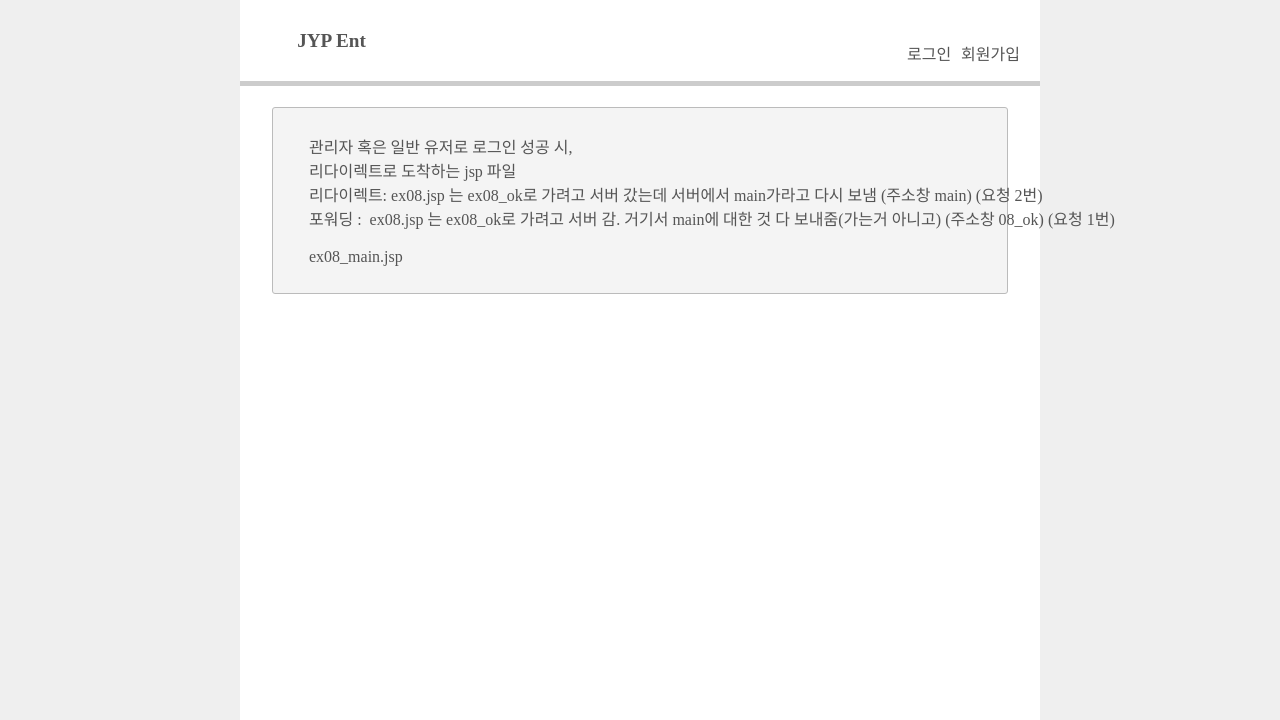
Repository: junyong231/JSP-SSIT
Page: http://localhost/jspPro/days03/ex08_main.jsp
An editor plug-in stored every save of this project. The page is shown before and after the next save, followed by the edit.
The browser window is 1280 px wide. The pictures show the whole page.
Some web fonts or font styles are not loaded; a fallback is used. The page is served by Tomcat 9. Other server files are loaded and not shown.

Above is the page before, as saved 2024-10-17 07:16:39.

### jspPro/src/main/webapp/days03/ex08_main.jsp
<%@ page contentType="text/html; charset=UTF-8" pageEncoding="UTF-8"%>
<!DOCTYPE html>
<html>
<head>
<meta charset="UTF-8">
<title>Insert title here</title>
<link rel="shortcut icon" type="image/x-icon" href="http://localhost/jspPro/images/SiSt.ico">
<script src="https://ajax.googleapis.com/ajax/libs/jquery/3.7.1/jquery.min.js"></script>
<meta name="viewport" content="width=device-width, initial-scale=1.0">
<meta name="google" content="notranslate">
<link rel="stylesheet" href="http://localhost/jspPro/resources/cdn-main/example.css">
<script src="http://localhost/jspPro/resources/cdn-main/example.js"></script>
<style>
 span.material-symbols-outlined{
    vertical-align: text-bottom;
 }
</style>
</head>
<body>
<header>
  <h1 class="main"><a href="#" style="position: absolute;top:30px;">JYP Ent</a></h1>
  <ul>
    <li><a href="#">로그인</a></li>
    <li><a href="#">회원가입</a></li>
  </ul>
</header>
<div>
  <xmp class="code">
     관리자 혹은 일반 유저로 로그인 성공 시,
     리다이렉트로 도착하는 jsp 파일
     리다이렉트: ex08.jsp 는 ex08_ok로 가려고 서버 갔는데 서버에서 main가라고 다시 보냄 (주소창 main) (요청 2번)
     포워딩 :  ex08.jsp 는 ex08_ok로 가려고 서버 감. 거기서 main에 대한 것 다 보내줌(가는거 아니고) (주소창 08_ok) (요청 1번)

     ex08_main.jsp
  </xmp>
</div>
</body>
</html>

### jspPro/src/main/webapp/resources/cdn-main/example.css
@charset "UTF-8";

@import url('https://fonts.googleapis.com/css2?family=Material+Symbols+Outlined:opsz,wght,FILL,GRAD@20..48,100..700,0..1,-50..200');

@font-face {
    font-family: 'GmarketSansMedium';
    src: url('https://cdn.jsdelivr.net/gh/projectnoonnu/noonfonts_2001@1.1/GmarketSansMedium.woff') format('woff');
    font-weight: normal;
    font-style: normal;
}

:root {
	--text-color: #555;
	--sub-text-color: #777;
	--back-color: #EFEFEF;
	--header-color: #444;
	--primary-color: #DEDEDE;
	--secondary-color: #EFEFEF;
	--default-width: 800px;
	--narrow-width: 500px;
	--wide-width: 1200px;
	--text-font: 'GmarketSansMedium';
	--icon-font: 'Material Symbols Outlined';
	--border-color: #CCC;
}

html, body {
	margin: 0;
	padding: 0;
}

html {
	background-color: var(--back-color);
	display: flex;
	justify-content: center;
	min-height: 100vh;
}

body, body.default {
	width: var(--default-width);
	background-color: white;
	padding-bottom: 120px;
}

body.wide {
	width: var(--wide-width);
}

body.narrow {
	width: var(--narrow-width);
}



body, p, div, span, a, input, select, option, textarea, button, table, th, td, label, fieldset, legend {
	font-family: var(--text-font);
	color: var(--text-color);
}

h1, h2, h3 {
	font-family: var(--text-font);
	color: var(--header-color);
	padding: 0 1rem;
	padding-top: .5rem;
}

div > h1, div > h2, div > h3 {
	padding: 0;
}

body > div, body > main > div {
	padding: 0.3rem 1rem;
}


h1 { font-size: 2rem; border-bottom: 1px solid var(--border-color); }
h1 small { font-size: 1.2rem; color: var(--sub-text-color); }
h2 { font-size: 1.5rem; border-bottom: 1px dashed var(--border-color); }
h2 small { font-size: 1.1rem; color: --sub-text-color; }
h3 { font-size: 1.2rem; }
h3 small { font-size: 1rem; color: --sub-text-color; }



h1.main::before {
	font-family: var(--icon-font);
  	content: '\e666';
  	margin-right: 10px;
  	float: left;
	font-size: 2.5rem;
}

h1.sub::before {
	font-family: var(--icon-font);
  	content: '\ea19';
  	margin-right: 10px;
  	float: left;
	font-size: 2.5rem;
}


h1.page::before {
	font-family: var(--icon-font);
  	content: '\e0e0';
  	margin-right: 10px;
  	float: left;
	font-size: 2.5rem;
}

body > header > ul > li > .active{
	background-color: #FFF;
	color:#F00;
}

body > header {
	display: flex;
	justify-content: space-between;
	border-bottom: 5px solid var(--border-color);
	min-height: 74px;
	background-color: #FFF;
}

body > header.sticky {
	position: sticky;
	top: 0;
	z-index: 98;
}

body > header > h1 {
	font-size: 1.2rem;
	border: 0;
}

body > header.in > h1::before {
	font-family: var(--icon-font);
  	content: '\e332‥';
  	margin-right: 3px;
  	float: left;
	font-size: 2rem;
}


body > header > ul {
	list-style-type: none;
	display: flex;
	align-items: flex-end;
	margin-right: 10px;
}

body > header > ul > li {
	margin-right: 10px;
	cursor: pointer;
}

body > header > ul > li > a {
	cursor: pointer;
}


form {
	display: block;
}

form > div {
	padding: 0.3rem 1rem;
}

div > form > div {
	padding: 0.3rem 0;
}

input, textarea, button, select {
	border: 1px solid #BBB;
	border-radius: 3px;
	outline: none;
	resize: none;
	padding: 7px;
	margin: 0;
}

input[type=text]:read-only, textarea:read-only {
	cursor: not-allowed;
	background-color: #FFF;
}

input[type=text]:disabled, textarea:disabled {
	cursor: not-allowed;
	background-color: #EEE;
}

input[type=text], input[type=password], textarea, button, select {
	/* width: 300px; */
}

textarea {
	display: block;
	height: 100px;
}

input[type=button], input[type=submit], button {
	/* width: inherit; */
}

input.short, textarea.short, button.short, select.short {
	width: 100px;
}

input.long, textarea.long, button.long, select.long {
	width: 350px;
}

.narrow input.long, .narrow textarea.long, .narrow button.long, .narrow select.long {
	width: calc(100% - 20px);
}

input.full, textarea.full, button.full, select.full {
	width: calc(100% - 20px);
}

textarea.short {
	height: 50px;
}

textarea.long {
	height: 100px;
}

textarea.full {
	height: 200px;
}

input, textarea {
	padding-top: 8px;
}

input[type=button], input[type=submit], button {
	padding: 5px 10px;
	background-color: var(--secondary-color);
	cursor: pointer;
	min-height: 36px;
}

input[type=button].primary, input[type=submit].primary, button.primary {
	/* background-color: rgba(100, 149, 237, .2); */
	background-color: var(--primary-color);
}

input[type=button].primary:hover, input[type=submit].primary:hover, button.primary:hover {
	/* background-color: rgba(100, 149, 237, .3); */
	background-color: var(--secondary-color);
}

input[type=button]:hover, input[type=submit]:hover, button:hover {
	background-color: var(--primary-color);
}

button {
	position: relative;
	left: 0;
	top: 0;
	padding-left: 35px;
}

button .material-symbols-outlined {
	position: absolute;
	left: 10px;
	top: 4px;
}

/* k2nik add */
button.login::before {
	font-family: var(--icon-font);
  	content: '\ea77';
	position: absolute;
	left: 11px;
	top: 4px;
	font-size: 1.25rem;
}

/* k2nik logout */
button.logout::before {
	font-family: var(--icon-font);
  	content: '\e9ba';
	position: absolute;
	left: 11px;
	top: 4px;
	font-size: 1.25rem;
}

/* k2nik help */
button.help::before {
	font-family: var(--icon-font);
  	content: '\f1c0';
	position: absolute;
	left: 11px;
	top: 4px;
	font-size: 1.25rem;
}

button.add::before{
	font-family: var(--icon-font);
  	content: '\e746';
	position: absolute;
	left: 11px;
	top: 4px;
	font-size: 1.25rem;
}

button.back::before {
	font-family: var(--icon-font);
  	content: '\e166';
	position: absolute;
	left: 11px;
	top: 4px;
	font-size: 1.25rem;
}

button.list::before {
	font-family: var(--icon-font);
  	content: '\e0ee';
	position: absolute;
	left: 11px;
	top: 4px;
	font-size: 1.25rem;
}


button.del::before {
	font-family: var(--icon-font);
  	content: '\e872';
	position: absolute;
	left: 11px;
	top: 4px;
	font-size: 1.25rem;
}


button.edit::before {
	font-family: var(--icon-font);
  	content: '\e745';
	position: absolute;
	left: 11px;
	top: 4px;
	font-size: 1.25rem;
}


button.login::before {
	font-family: var(--icon-font);
  	content: '\ea77';
	position: absolute;
	left: 11px;
	top: 4px;
	font-size: 1.25rem;
}


button.logout::before {
	font-family: var(--icon-font);
  	content: '\e9ba';
	position: absolute;
	left: 11px;
	top: 4px;
	font-size: 1.25rem;
}


button.in::before {
	font-family: var(--icon-font);
  	content: '\f71a';
	position: absolute;
	left: 11px;
	top: 4px;
	font-size: 1.25rem;
}


button.out::before {
	font-family: var(--icon-font);
  	content: '\f70e';
	position: absolute;
	left: 11px;
	top: 4px;
	font-size: 1.25rem;
}


button.reply::before {
	font-family: var(--icon-font);
  	content: '\e15e';
	position: absolute;
	left: 11px;
	top: 4px;
	font-size: 1.25rem;
}


button.comment::before {
	font-family: var(--icon-font);
  	content: '\e0b9';
	position: absolute;
	left: 11px;
	top: 4px;
	font-size: 1.25rem;
}


button.modal::before {
	font-family: var(--icon-font);
  	content: '\e89e';
	position: absolute;
	left: 11px;
	top: 4px;
	font-size: 1.25rem;
}


button.ok::before {
	font-family: var(--icon-font);
  	content: '\e86c';
	position: absolute;
	left: 11px;
	top: 4px;
	font-size: 1.25rem;
}


button.cancel::before {
	font-family: var(--icon-font);
  	content: '\e5c9';
	position: absolute;
	left: 11px;
	top: 4px;
	font-size: 1.25rem;
}

button.search::before {
	font-family: var(--icon-font);
  	content: '\e8b6';
	position: absolute;
	left: 11px;
	top: 4px;
	font-size: 1.25rem;
}

button.home::before {
	font-family: var(--icon-font);
  	content: '\e88a';
	position: absolute;
	left: 11px;
	top: 4px;
	font-size: 1.25rem;
}


button.sidebar::before {
	font-family: var(--icon-font);
  	content: '\f7e4';
	position: absolute;
	left: 11px;
	top: 4px;
	font-size: 1.25rem;
}


button.sidebar-right::before {
	font-family: var(--icon-font);
  	content: '\f7e5';
	position: absolute;
	left: 11px;
	top: 4px;
	font-size: 1.25rem;
}




button::before {
	font-family: var(--icon-font);
  	content: '\e323';
	position: absolute;
	left: 11px;
	top: 4px;
	font-size: 1.25rem;
}


table {
	border-collapse: collapse;
	margin: 1rem;
	box-sizing: border-box;
	width: calc(100% - 32px);
}

table.content {
	width: auto;
}

div > table {
	margin: 0;
}

table th, table td {
	border: 1px solid var(--border-color);
	padding: 7px;
	font-weight: normal;
}

table th {
	background-color: var(--back-color);
}

table.vertical th {
	width: 150px;
}

table.vertical td {
	width: calc(100% - 182px);
	padding-left: 10px;
}

table.content td, table.content th {
	width: auto;
}

body.narrow table.vertical th {
	width: 100px;
}

body.narrow table.vertical td {
	width: calc(100% - 182px);
}


table + table {
	margin-top: 30px;
}


p {
	padding: 0 1rem;
}

a {
	text-decoration: none;
}

a:hover {
	color: rgba(255, 99, 71, .7);
}

hr {
	border: 0;
	border-top: 1px solid var(--border-color);
	margin: 2rem 0;
}

.message {
	border: 1px solid var(--border-color);
	background-color: #EFEFEF;
	margin: 1rem;
	width: auto;
	padding-top: 10px;
	padding-bottom: 10px;
	font-size: 14px;
}

.message[title]::before {
	content: attr(title);
	display: block;
	border-bottom: 1px solid var(--border-color);
	padding-bottom: 5px;
	margin-bottom: 10px;
	margin-top: 7px;
}

.message.short {
	max-width: 250px;
}

.message.long {
	max-width: 500px;
}

.badge {
	float: right;
	font-size: .8rem;
	margin-top: 2px;
	margin-right: 2px;
	text-shadow: 0 0 7px gray;
}

.badge.left {
	float: none;
	margin-left: 2px;
}

.badge.right {
	float: right;
}

.badge.red {
	border-radius: 50%;
	padding: 2px 5px;
	background-color: rgb(255, 99, 71, .3);
}

.badge.yellow {

	border-radius: 50%;
	padding: 2px 5px;
	background-color: rgb(255, 215, 0, .5);
}

.badge.blue {
	border-radius: 50%;
	padding: 2px 5px;
	background-color: rgb(100, 149, 237, .3);
}

label + label {
	margin-left: 7px;
}

label input[type=checkbox], label input[type=radio] {
	transform: translate(0, 1px);
}

.group {
	display: flex;
}

.modal-content .group {
	margin-bottom: .5rem;
}

.group label {
	border: 1px solid #BBB;
	border-radius: 3px;
	outline: none;
	resize: none;
	padding: 7px 14px;
	margin: 0;
	border-top-right-radius: 0;
	border-bottom-right-radius: 0;
	background-color: #EFEFEF;
	white-space: nowrap;
	font-size: 14px;
}

.group input[type=text] {
	margin-left: -1px;
	border-top-left-radius: 0;
	border-bottom-left-radius: 0;
}

.group select {
	margin-left: -1px;
	border-top-left-radius: 0;
	border-bottom-left-radius: 0;
}

.group input.full[type=text] {
	margin-left: -1px;
	border-top-left-radius: 0;
	border-bottom-left-radius: 0;
	width: 100%;
}

.group input[type=button]:first-child, .group button:first-child {
	border-top-left-radius: 3px;
	border-bottom-left-radius: 3px;
	margin-left: 0px;
}

.group input[type=button], .group button {
	border-radius: 0;
	margin-left: -1px;
}

.group input[type=button]:last-child, .group button:last-child {
	margin-left: -1px;
	border-top-right-radius: 3px;
	border-bottom-right-radius: 3px;
}

.seperate {
	display: flex;
	justify-content: space-between;
}

div.list {
	width: max-content;
	margin: 1rem;
	border: 1px solid #BBB;
	border-radius: 3px;
	padding: 0;
}

div.list.full {
	width: auto;
	display: block;
	margin: 1rem;
	border: 1px solid #BBB;
	border-radius: 3px;
	padding: 0;
}

div.list > div {
	padding: .5rem 1rem;
	margin: 0;
	border-bottom: 1px solid #BBB;
}

div.list > div:last-child {
	border-bottom: 0;
}

pre.code , xmp.code{
	font-family: consols;
	background-color: rgba(150, 150, 150, .1);
	border: 1px solid #BBB;
	border-radius: 3px;
	padding: .5rem 1rem;
	padding-bottom: .6rem;
	margin: 1rem;
}




*[data-modal-window] {
	position: fixed;
	background-color: rgba(0, 0, 0, .3);
	left: 0;
	top: 0;
	display: none;
	justify-content: center;
	align-items: flex-start;
	width: 100%;
	min-height: 100vh;
	z-index: 100;
	opacity: 0;
	transition: 500ms all;
}

*[data-modal-window] .modal-container {
	border-radius: 5px;
	padding: 1rem;
	padding-bottom: .5rem;
	margin-top: -500px;
	opacity: 0;
	width: 500px;
	background-color: #FFF;
	margin-right: 2rem;
	transition: 500ms all;
}

*[data-modal-size=content] .modal-container {
	width: auto;
}

*[data-modal-size=narrow] .modal-container {
	width: 300px;
}

*[data-modal-size=wide] .modal-container {
	width: 760px;
}


*[data-modal-window] .modal-header {
	border-bottom: 1px solid var(--border-color);
	padding: 2px 5px;
}

*[data-modal-window] .modal-content {
	padding: 1rem 5px;
}

*[data-modal-window] .modal-content div:last-child {
	margin-top: 1rem;
	text-align: right;
}



*[data-sidebar-window] {
	position: fixed;
	background-color: #FFF;
	left: 0;
	top: 0;
	display: block;
	width: 300px;
	border-right: 1px solid var(--border-color);
	box-sizing: border-box;
	box-shadow: 0 0 3px var(--back-color);
	min-height: 100vh;
	z-index: 99;
	transform: translate(-300px, 0);
	transition-duration: 500ms;
	transition-property: transform;
}

*[data-sidebar-direction=right] {
	left: auto;
	right: 0;
	transform: translate(300px, 0);
	border-left: 1px solid var(--border-color);
}

*[data-sidebar-size=wide] {
	width: 500px;
	transform: translate(-500px, 0);
}

*[data-sidebar-window] .sidebar-title {
	border-bottom: 1px solid var(--border-color);
	margin-top: 20px;
	margin-bottom: 20px;
	padding-bottom: 5px;
	display: flex;
	justify-content: space-between;
}

*[data-sidebar-window] .sidebar-title span:last-child {
	cursor: pointer;
}


/* K2Nik pagination */
.center {
  text-align: center;
}

.pagination {
  display: inline-block;
}

.pagination a {
  color: black;
  float: left;
  padding: 3px 6px;
  text-decoration: none;
  transition: background-color .3s;
  border: 1px solid #ddd;
  margin: 0 3px;
}

.pagination a.active {
  background-color: #4CAF50;
  color: white;
  border: 1px solid #4CAF50;
}

.pagination a:hover:not(.active) {background-color: #ddd;}

### jspPro/src/main/webapp/resources/cdn-main/example.js

window.onload = () => {

    const list = document.querySelectorAll('input, textarea');

    list.forEach(item => {
        item.setAttribute('autocomplete', 'off');
    });


    const modal_btn_list = document.querySelectorAll('*[data-modal-button]');

    modal_btn_list.forEach(item => {
        item.onclick = function() {

            const name = this.dataset['modalButton'];
            const modal_window = document.querySelector('*[data-modal-window=' + name);

            const container = document.createElement('div');
            container.className = 'modal-container';



            const modal_header = document.createElement('div');
            modal_header.textContent = modal_window.dataset['modalTitle'];
            modal_header.className = 'modal-header';
            container.appendChild(modal_header);

            const modal_content = document.createElement('div');
            modal_content.className = 'modal-content';
            container.appendChild(modal_content);

            Array.from(modal_window.childNodes).forEach(item => {
                modal_content.appendChild(item);
            });

            modal_window.appendChild(container);

            modal_window.style.display = 'flex';

            setTimeout(() => {
                modal_window.style.opacity = 1;
                container.style.marginTop = '20px';
                container.style.opacity = 1;
            }, 50);


            const modal_ok = document.querySelector('*[data-modal-ok=' + name);
            modal_ok.addEventListener('click', function() {
                modal_window.style.opacity = 0;
                container.style.marginTop = '-500px';
                container.style.opacity = 0;

                setTimeout(() => {
                    modal_window.innerHTML = modal_content.innerHTML;
                    modal_window.style.display = 'none';
                }, 500);

            });

            const modal_cancel = document.querySelector('*[data-modal-cancel=' + name);
            modal_cancel.addEventListener('click', function() {

                modal_window.style.opacity = 0;
                container.style.marginTop = '-500px';
                container.style.opacity = 0;

                setTimeout(() => {
                    modal_window.innerHTML = modal_content.innerHTML;
                    modal_window.style.display = 'none';
                }, 500);
            });


        };
    });


    const sidebar_btn_list = document.querySelectorAll('*[data-sidebar-button]');

    sidebar_btn_list.forEach(item => {
        item.onclick = function() {



            const name = this.dataset['sidebarButton'];
            const sidebar_window = document.querySelector('*[data-sidebar-window=' + name);

            if (sidebar_window.style.transform == 'translate(0px, 0px)') return;



            sidebar_window.style.transform = 'translate(0, 0)';

            const sidebar_title = document.createElement('div');
            sidebar_title.className = 'sidebar-title';
            sidebar_title.innerHTML = '<span>' + sidebar_window.dataset['sidebarTitle'] + '</span><span class="material-symbols-outlined">close</span>';

            sidebar_title.children[1].onclick = function() {

                let sign = 1;
                let distance = 300;

                if (sidebar_window.dataset['sidebarDirection'] != 'right') {
                    sign = -1;
                } else {
                    sign = 1;
                }

                if (sidebar_window.dataset['sidebarSize'] != 'wide') {
                    distance = 300;
                } else {
                    distance = 500;
                }

                distance *= sign;

                sidebar_window.style.transform = 'translate(' + distance + 'px, 0)';

                setTimeout(function() {
                    sidebar_window.removeChild(sidebar_window.children[0]);
                }, 500);
            };


            sidebar_window.prepend(sidebar_title);

        }
    });

};

// window.onkeydown = function(event) {

//     if (event.keyCode == 27) {
//         if (document.querySelector('[data-modal-window').style.display == 'flex') {
//             document.querySelector('[data-modal-window').style.display = 'none';
//         }
//     }

// };

After the next save:
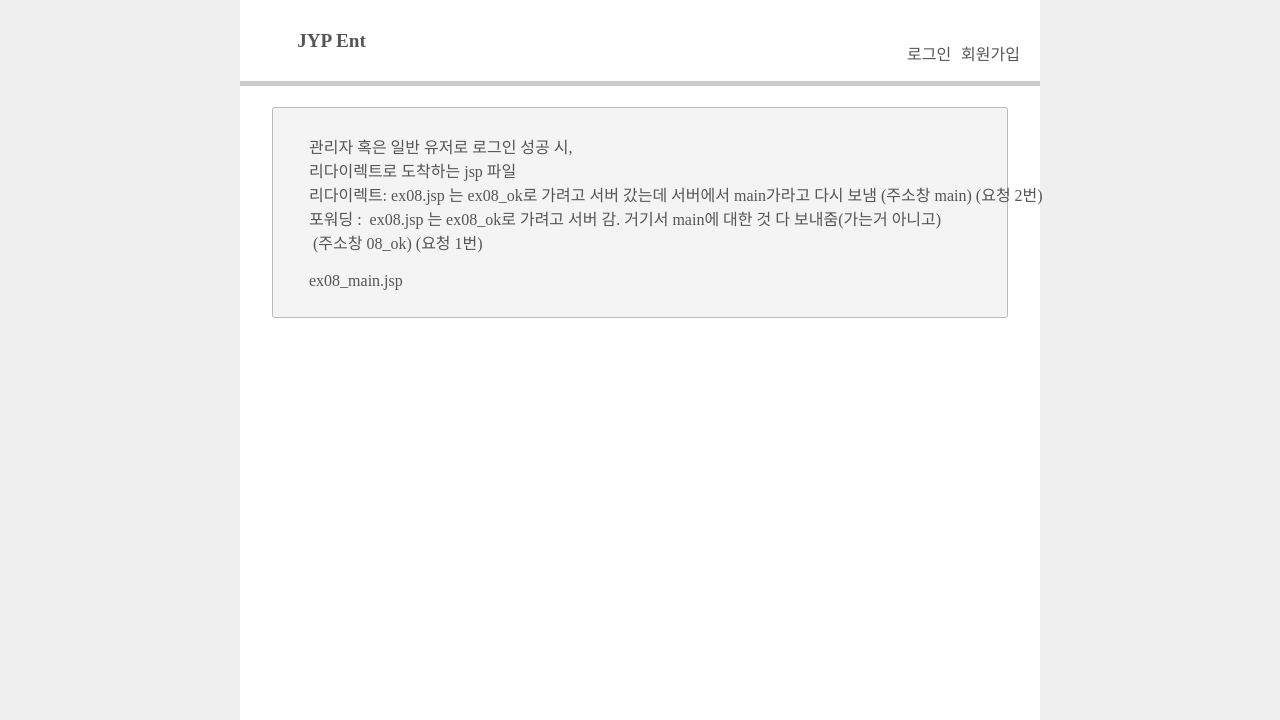
Saved 6 s later.
--- a/jspPro/src/main/webapp/days03/ex08_main.jsp
+++ b/jspPro/src/main/webapp/days03/ex08_main.jsp
@@ -29,7 +29,8 @@
      관리자 혹은 일반 유저로 로그인 성공 시,
      리다이렉트로 도착하는 jsp 파일
      리다이렉트: ex08.jsp 는 ex08_ok로 가려고 서버 갔는데 서버에서 main가라고 다시 보냄 (주소창 main) (요청 2번)
-     포워딩 :  ex08.jsp 는 ex08_ok로 가려고 서버 감. 거기서 main에 대한 것 다 보내줌(가는거 아니고) (주소창 08_ok) (요청 1번)
+     포워딩 :  ex08.jsp 는 ex08_ok로 가려고 서버 감. 거기서 main에 대한 것 다 보내줌(가는거 아니고)
+      (주소창 08_ok) (요청 1번)
 
      ex08_main.jsp
   </xmp>
